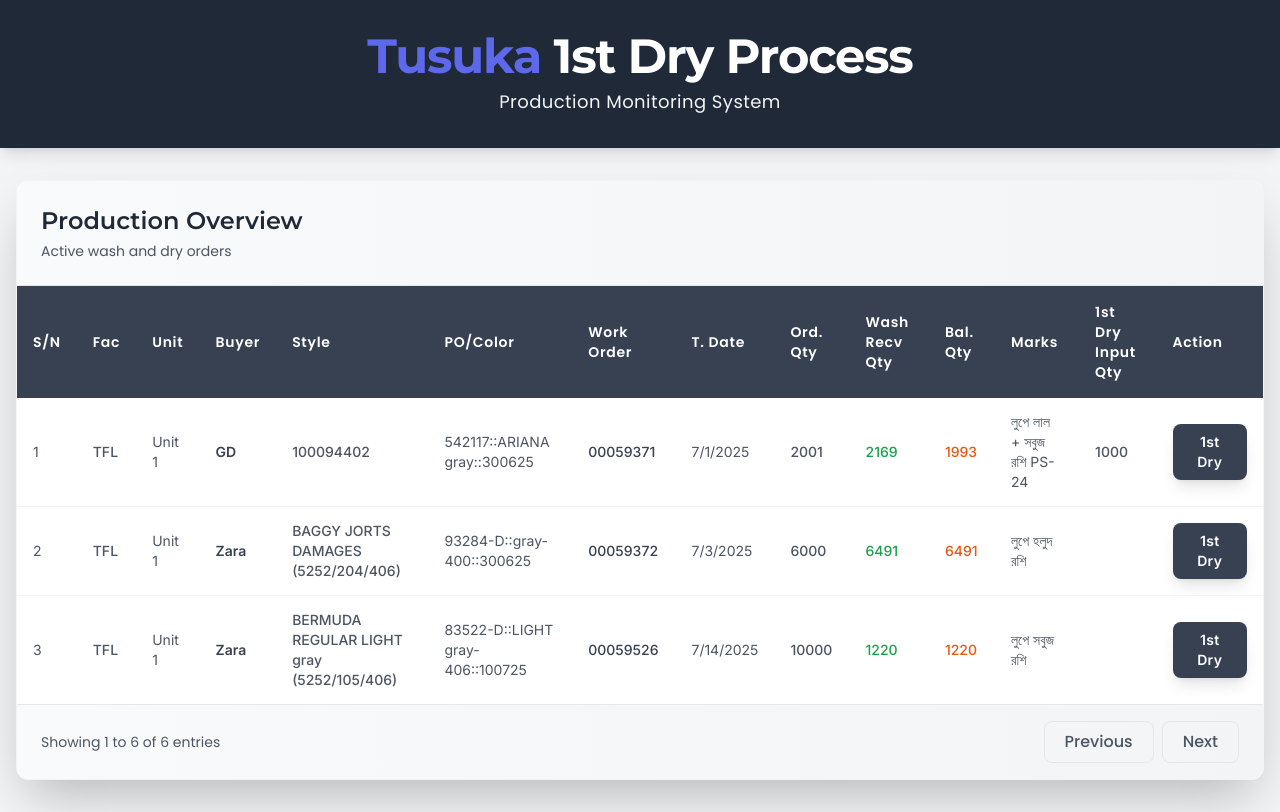
Repository: AhmedMuktadir14218/TusukaDryWash
Page: 1st Dry/index.html
These files come from the project's save history. The page is drawn as it stood at one moment and after a run of saves; the edit follows.
The browser window is 1280 px wide. The pictures show the whole page.
Some web libraries are served in a nearby version.

Above is the page before, as saved 2025-06-29 16:43:25.

After the next 3 saves:
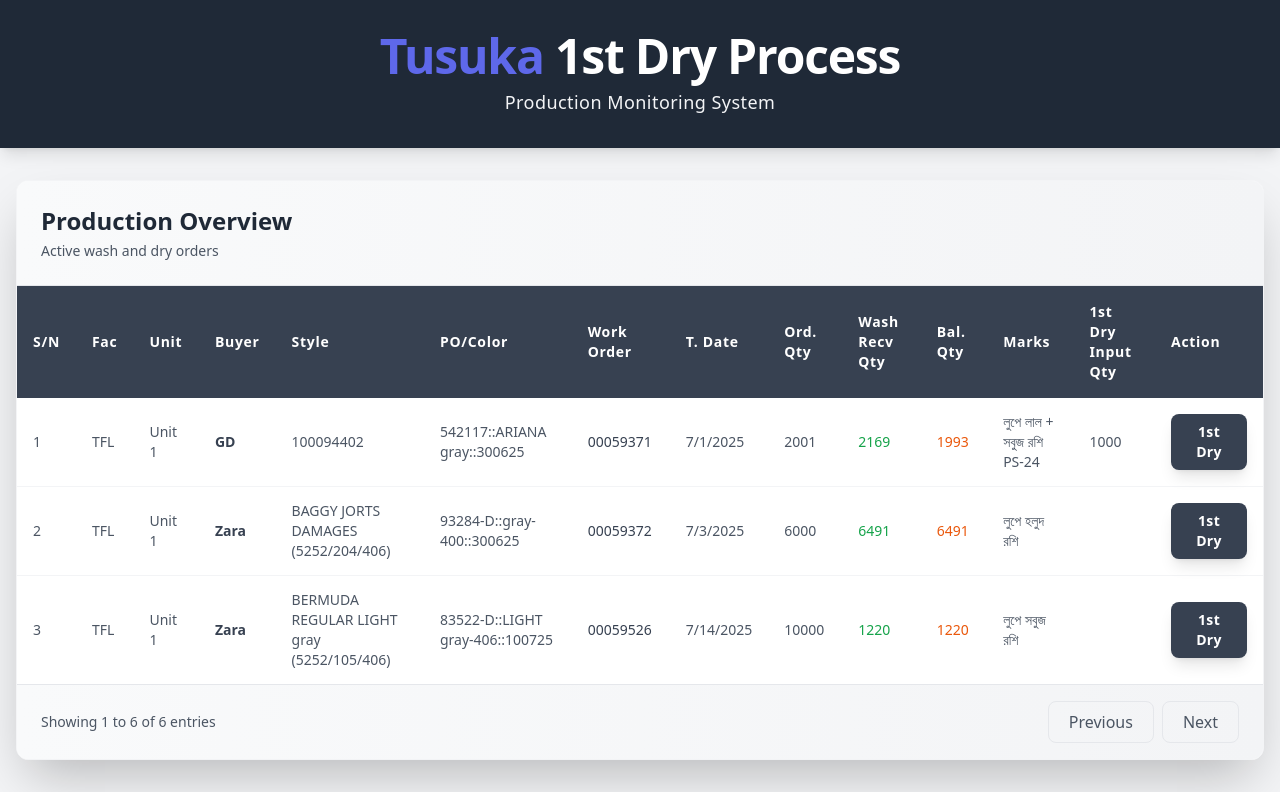
The 3 saves are shown as one change because they came seconds apart.
The last was saved 17 s later.
--- a/1st Dry/index.html
+++ b/1st Dry/index.html
@@ -7,39 +7,7 @@
     <script src="https://cdn.tailwindcss.com"></script>
     <link href="https://fonts.googleapis.com/css2?family=Inter:wght@300;400;500;600;700&family=Poppins:wght@400;500;600;700&family=Montserrat:wght@400;500;600;700&display=swap" rel="stylesheet">
 
-    <style>
-        /* Custom Typography Classes */
-        .font-poppins {
-            font-family: 'Poppins', sans-serif;
-        }
-        .font-inter {
-            font-family: 'Inter', sans-serif;
-        }
-        .font-montserrat {
-            font-family: 'Montserrat', sans-serif;
-        }
-
-        /* Custom shadow for a more premium feel */
-        .shadow-3xl {
-            box-shadow: 0 25px 50px -12px rgba(0, 0, 0, 0.25), 0 0 15px rgba(0, 0, 0, 0.08);
-        }
-
-        /* Custom scrollbar for better aesthetics */
-        .custom-scrollbar::-webkit-scrollbar {
-            width: 8px;
-        }
-        .custom-scrollbar::-webkit-scrollbar-track {
-            background: #f1f5f9; /* gray-100 */
-            border-radius: 10px;
-        }
-        .custom-scrollbar::-webkit-scrollbar-thumb {
-            background: #cbd5e1; /* gray-400 */
-            border-radius: 10px;
-        }
-        .custom-scrollbar::-webkit-scrollbar-thumb:hover {
-            background: #94a3b8; /* gray-500 */
-        }
-    </style>
+  <link rel="stylesheet" href="">
 </head>
 <body class="bg-gray-100 text-gray-900 font-inter">
     <div class="bg-gray-800 shadow-lg py-8 mb-8">
